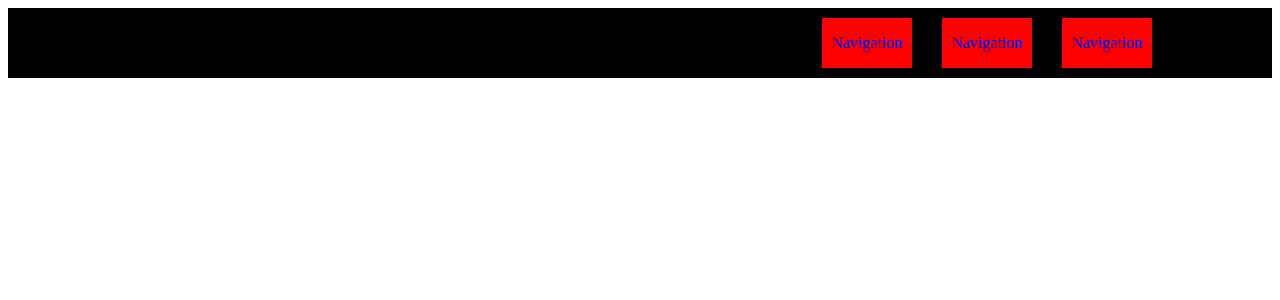
Repository: piotrokrutniak/Projekt-Studia
Page: index.html
These files come from the project's save history. The page is drawn as it stood at one moment and after the next save; the edit follows.
The browser window is 1280 px wide. The pictures show the whole page.

Above is the page before, as saved 2023-03-04 02:45:51.

### index.html
<!DOCTYPE html>
<head>
    <meta charset="UTF-8" />
    <meta http-equiv="X-UA-Compatible" content="IE=edge" />
    <meta name="viewport" content="width=device-width, initial-scale=1.0" />
    <link rel="stylesheet" type="text/css" href="styles.css" />
    <title>Website Title</title>
</head>
<body>
    <div class="navbar-container">
        <div class="navbar">
            <div class="logo">WebsiteLogo</div>
            <div class="navigation">
                <a href="/index" class="navigation-link">
                    <div class="navigation-button">
                        Navigation
                    </div>
                </a>
                <a href="/index" class="navigation-link">
                    <div class="navigation-button">
                        Navigation
                    </div>
                </a>
                <a href="/index" class="navigation-link">
                    <div class="navigation-button">
                        Navigation
                    </div>
                </a>
            </div>
        </div>
    </div>
</body>

### styles.css
.navbar-container{
    width: 100%;
    height: 70px;
    background: black;
    position: sticky;
    top: 0;
}

.navbar{
    position: relative;
    max-width: 1024px;
    min-width: 328px;
    top: 0px;
    margin: auto;
    display: flex;
    flex-direction:row;
    justify-content: space-between;
    top: 50%;
    -ms-transform: translateY(-50%);
    transform: translateY(-50%);

}

a{
    text-decoration: none;
}

.navigation-link{
    position: relative;
    background: red;
    height: 50px;

}

.navigation-link:hover{
    border-bottom: 2px solid;
    border-color: aqua;

}

.navigation{
    display: grid;
    grid-template-columns: 90px 90px 90px;
    grid-gap: 30px;
}

.navigation-button{
    text-align: center;
    position: relative;
    top: 50%;
    -ms-transform: translateY(-50%);
    transform: translateY(-50%);
}

.logo{

}

After the next save:
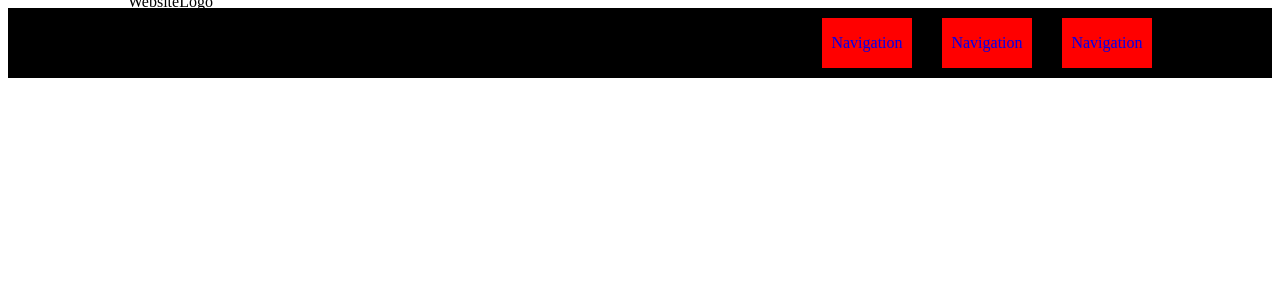
Saved 5 s later.
--- a/styles.css
+++ b/styles.css
@@ -53,5 +53,8 @@
 }
 
 .logo{
-
+    text-align: center;
+    position: relative;
+    -ms-transform: translateY(-50%);
+    transform: translateY(-50%);
 }

After the save that followed:
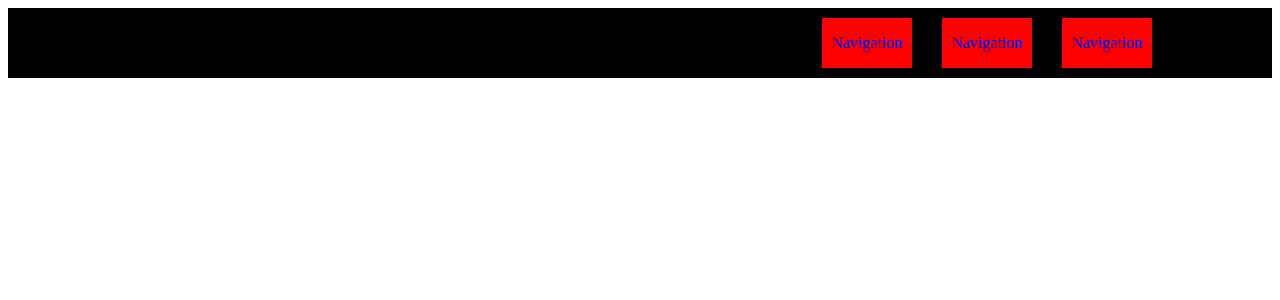
Saved 6 s later.
--- a/styles.css
+++ b/styles.css
@@ -55,6 +55,6 @@
 .logo{
     text-align: center;
     position: relative;
+    top: 50%;
     -ms-transform: translateY(-50%);
-    transform: translateY(-50%);
 }
